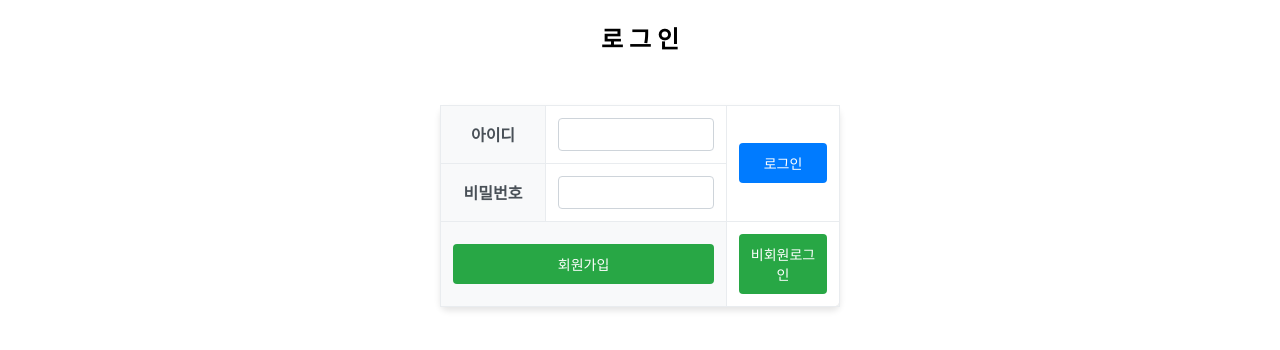
Repository: 1plus1equals3-true/Board-temp
Page: http://localhost/jsp/member/Login.jsp
The author's editor kept a copy of each file at every save. The page is drawn from the files as they stood at one save, then again after the next save.
The browser window is 1280 px wide. The pictures show the whole page.
The page is served by Tomcat 9. Other server files are loaded and not shown.

Above is the page before, as saved 2025-09-10 07:36:47.

### jsp/src/main/webapp/member/Login.jsp
<%@ page language="java" contentType="text/html; charset=UTF-8"
    pageEncoding="UTF-8"%>
<%@ page import="java.util.Date" %>
<%@ page import="java.text.SimpleDateFormat" %>
<!DOCTYPE html>
<html>
<head>
<meta charset="UTF-8">
<title>로그인</title>
<style>
.login-form {
    display: flex;
    justify-content: center;
    align-items: center;
    margin: 50px auto;
}

.login-form table {
    width: 100%;
    max-width: 400px;
    border-collapse: collapse;
    background-color: #fff;
    border: 1px solid #dee2e6;
    border-radius: 8px;
    box-shadow: 0 4px 6px rgba(0, 0, 0, 0.1);
}

.login-form td {
    padding: 12px;
    border: 1px solid #e9ecef;
    text-align: left;
}

.login-form tr td:first-child {
    background-color: #f8f9fa;
    font-weight: bold;
    color: #495057;
    text-align: center;
    width: 80px;
}

.login-form input[type="text"],
.login-form input[type="password"] {
    width: 100%;
    padding: 8px 10px;
    border: 1px solid #ced4da;
    border-radius: 4px;
    box-sizing: border-box;
}

.login-form input[type="submit"],
.login-form .btn-join {
    width: 100%;
    padding: 10px;
    border: none;
    border-radius: 4px;
    font-size: 14px;
    cursor: pointer;
    transition: background-color 0.3s ease;
    box-sizing: border-box;
}

.login-form input[type="submit"] {
    background-color: #007bff;
    color: white;
    height: 100%;
}

.login-form input[type="submit"]:hover {
    background-color: #0056b3;
}

.login-form .btn-join {
    background-color: #28a745;
    color: white;
}

.login-form .btn-join:hover {
    background-color: #218838;
}

.login-form a {
    text-decoration: none;
    display: block;
    height: 100%;
}
</style>
</head>
<body>

	<h2 style="text-align: center;">로 그 인</h2>

	<form action="Login_proc.jsp" method="post" class="login-form">
		<table>

		<tr>
		<td>아이디</td>
		<td><input type="text" name="loginid"></td>
		<td rowspan="2">
			<input type="submit" value="로그인">
		</td>
		</tr>

		<tr>
		<td>비밀번호</td>
		<td><input type="password" name="loginpass"></td>
		</tr>

		<tr>

		<td colspan="2"><a href="Join.jsp"><button type="button" class="btn-join">회원가입</button></a></td>
		<td><a href="../board/list.jsp"><button type="button" class="btn-join">비회원로그인</button></a></td>

		</tr>

		</table>
	</form>
</body>
</html>

After the next save:
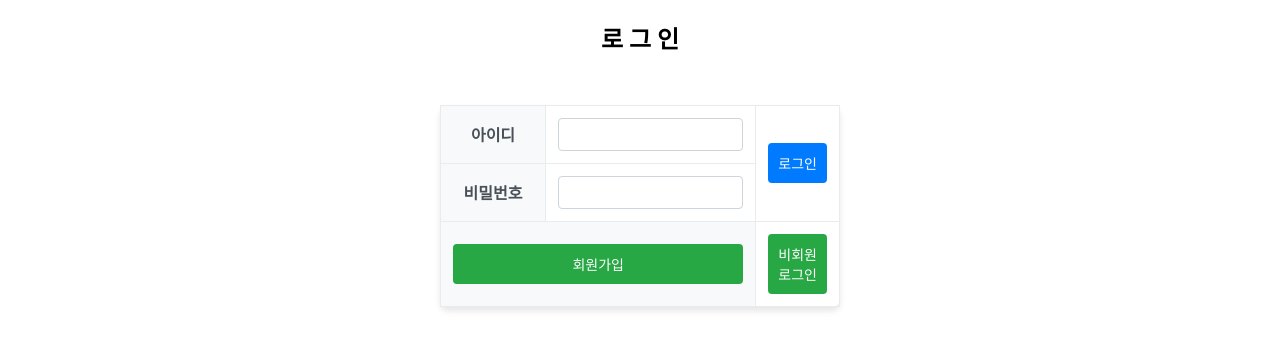
Saved 6 s later.
--- a/jsp/src/main/webapp/member/Login.jsp
+++ b/jsp/src/main/webapp/member/Login.jsp
@@ -109,7 +109,7 @@
 		<tr>
 
 		<td colspan="2"><a href="Join.jsp"><button type="button" class="btn-join">회원가입</button></a></td>
-		<td><a href="../board/list.jsp"><button type="button" class="btn-join">비회원로그인</button></a></td>
+		<td><a href="../board/list.jsp"><button type="button" class="btn-join">비회원<br>로그인</button></a></td>
 
 		</tr>
 
